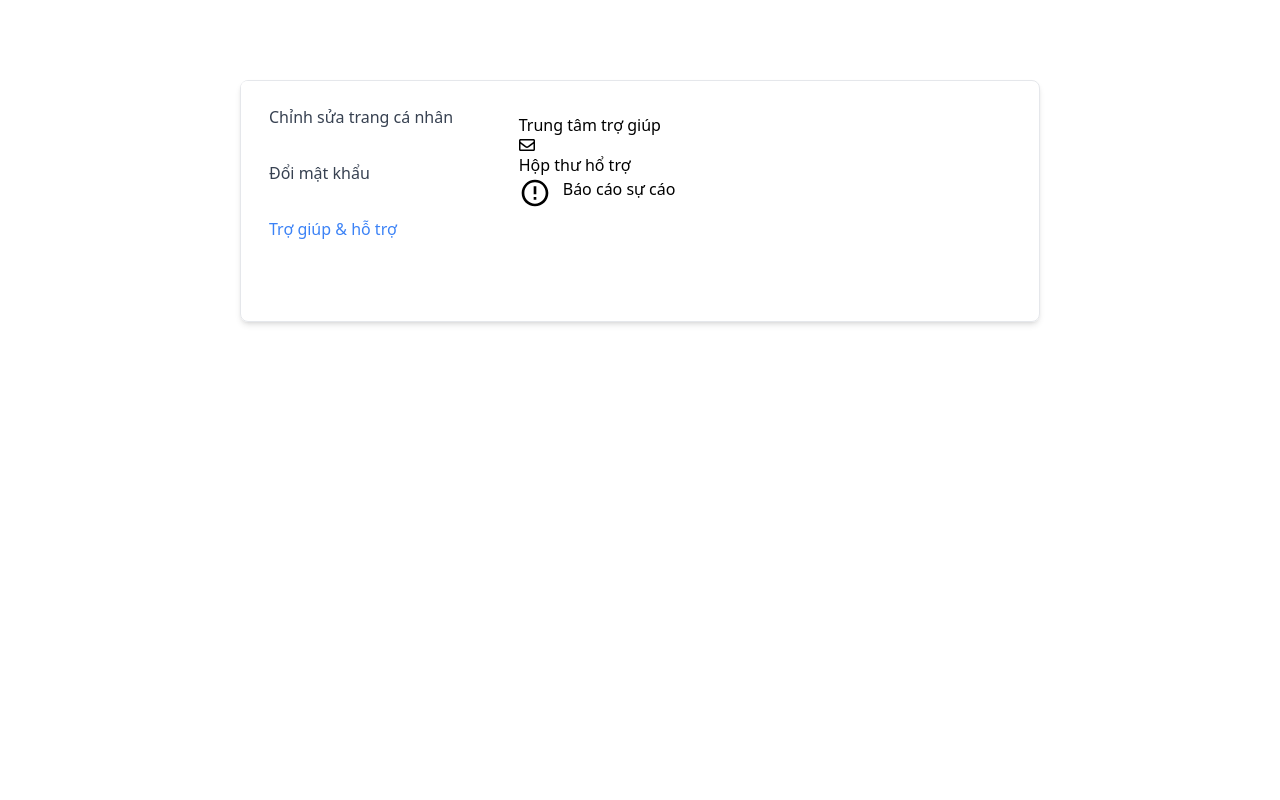
Repository: DangNgocDuong250903/2425_CS445AC_NHOM1
Page: /help (app in social_fe/)
An editor plug-in stored every save of this project. The page is shown before and after the next save, followed by the edit.
The browser window is 1280 px wide. The pictures show the whole page.
The project was rebuilt for these pictures with package versions that can differ from the ones it lists, and the page was loaded fresh each time. Also part of the build but not shown: social_fe/vite.config.js, social_fe/src/components/Button/index.jsx, social_fe/src/assets/index.js, social_fe/src/components/FriendCard/index.jsx, social_fe/src/components/Loading/index.jsx, social_fe/src/components/PostCard/index.jsx, social_fe/src/components/ProfileCard/index.jsx, social_fe/src/components/TextInput/index.jsx and 10 more.

Above is the page before, as saved 2024-11-05 21:20:10.

After the next save:
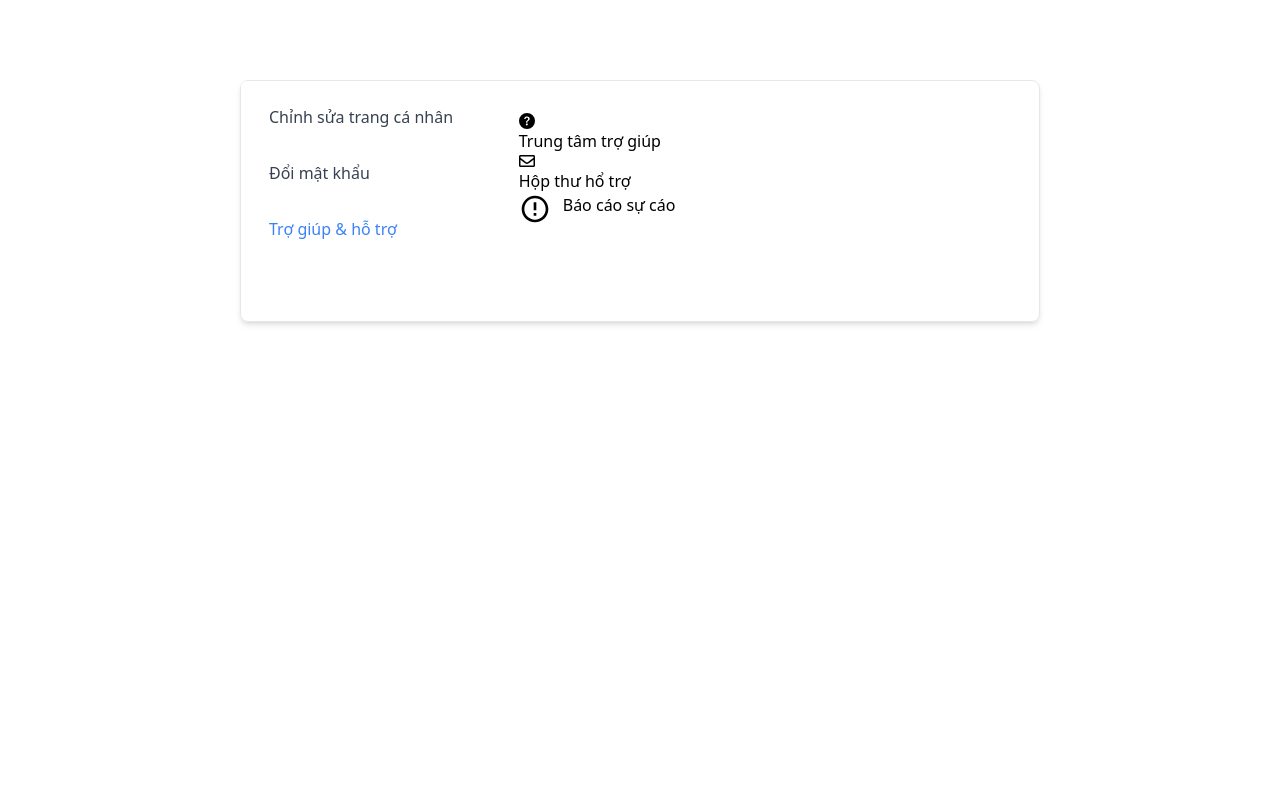
Saved 11 s later.
--- a/social_fe/src/pages/ProfilePage/Help.jsx
+++ b/social_fe/src/pages/ProfilePage/Help.jsx
@@ -43,6 +43,8 @@ const Help = () => {
             </div>
             <div className="w-3/4 p-8 ">
                 <div>
+                <BsFillQuestionCircleFill />
+
                     <p>Trung tâm trợ giúp</p>
                 </div>
                 <div>
